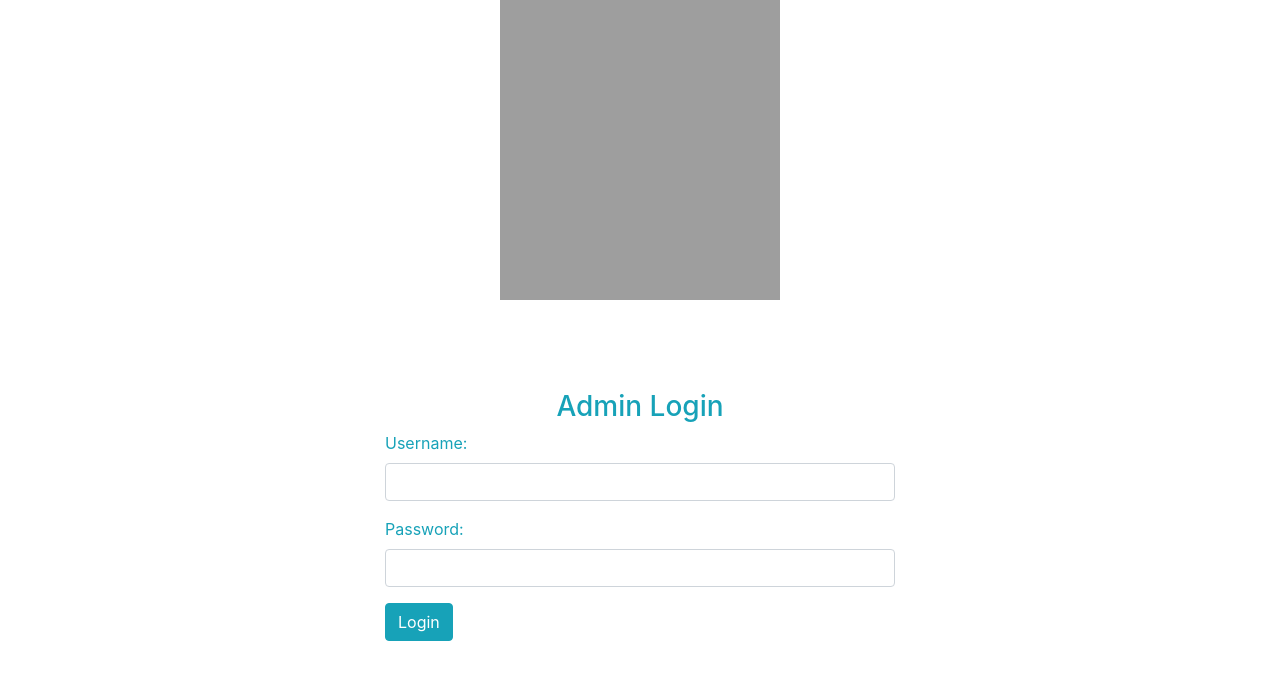
Repository: sindurup/Phase2Project
Page: http://localhost/LearnersAcademyPro/Login.jsp
The author's editor kept a copy of each file at every save. The page is drawn from the files as they stood at one save, then again after the next save.
The browser window is 1280 px wide. The pictures show the whole page.
Pictures or frames that could not be fetched are drawn as grey boxes. The page is served by Tomcat 9.

Above is the page before, as saved 2021-10-01 09:01:43.

After the next save:
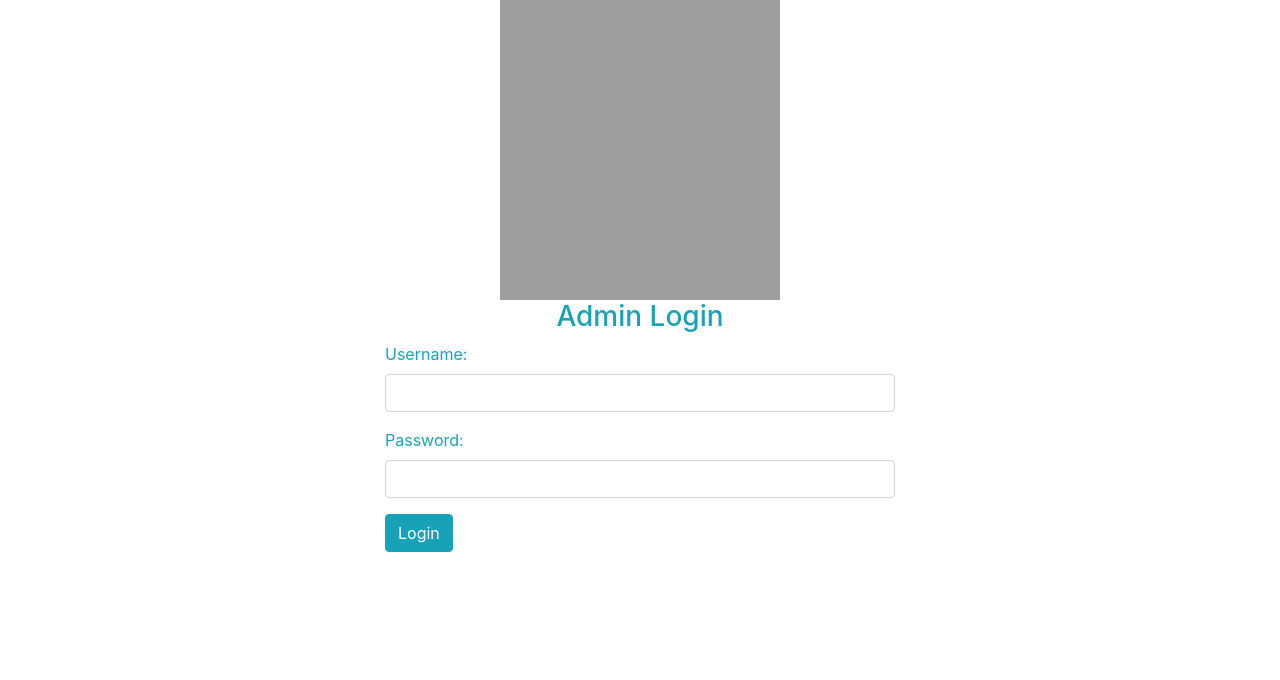
Saved 115 s later.
--- a/LearnersAcademyPro/src/main/webapp/Login.jsp
+++ b/LearnersAcademyPro/src/main/webapp/Login.jsp
@@ -55,7 +55,7 @@ function required()
  <div align="center">
  <img src="D:\Phase2Project\LearnersAcademyPro\logo.jpg" style="width:280px;height:300px;align="middle"></div>
     <div id="login">
-        <h3 class="text-center text-white pt-5">Login form</h3>
+
         <div class="container">
             <div id="login-row" class="row justify-content-center align-items-center">
                 <div id="login-column" class="col-md-6">
